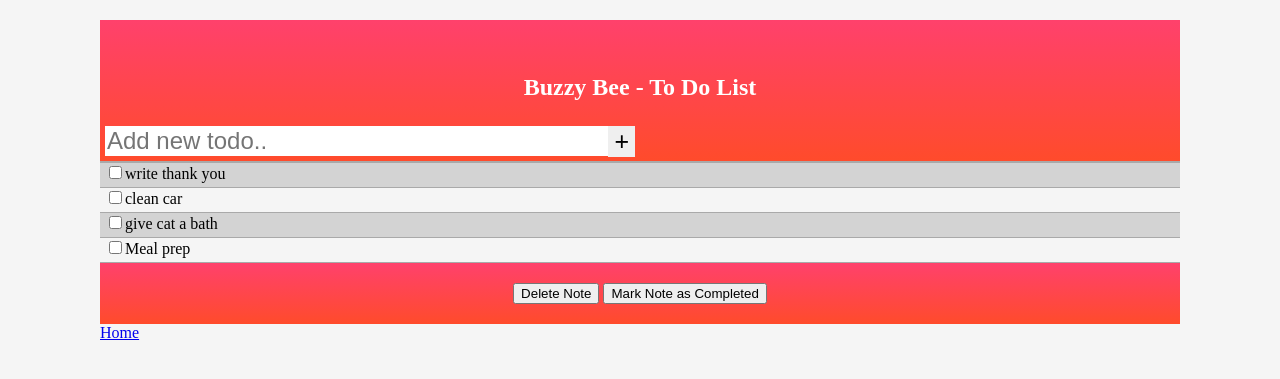
Repository: seleniadelgado/backend-spring2020-angie
Page: projects/todo/public_html/index.html
The author's editor kept a copy of each file at every save. The page is drawn from the files as they stood at one save, then again after the next save.
The browser window is 1280 px wide. The pictures show the whole page.
The page's requests for data from a server got no answer.

Above is the page before, as saved 2020-05-12 22:12:43.

After the next save:
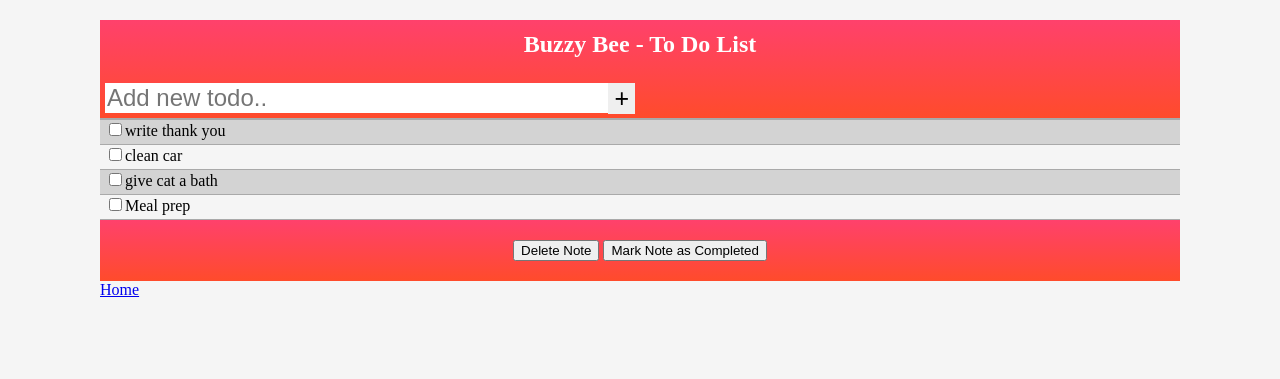
Saved 3 min 4 s later.
--- a/projects/todo/public_html/styles.css
+++ b/projects/todo/public_html/styles.css
@@ -23,7 +23,7 @@ body {
 
 .appTitle h2 {
     color: white;
-    padding-top: 5%;
+    padding-top: 1%;
 }
 #addNote {
     display: flex;
